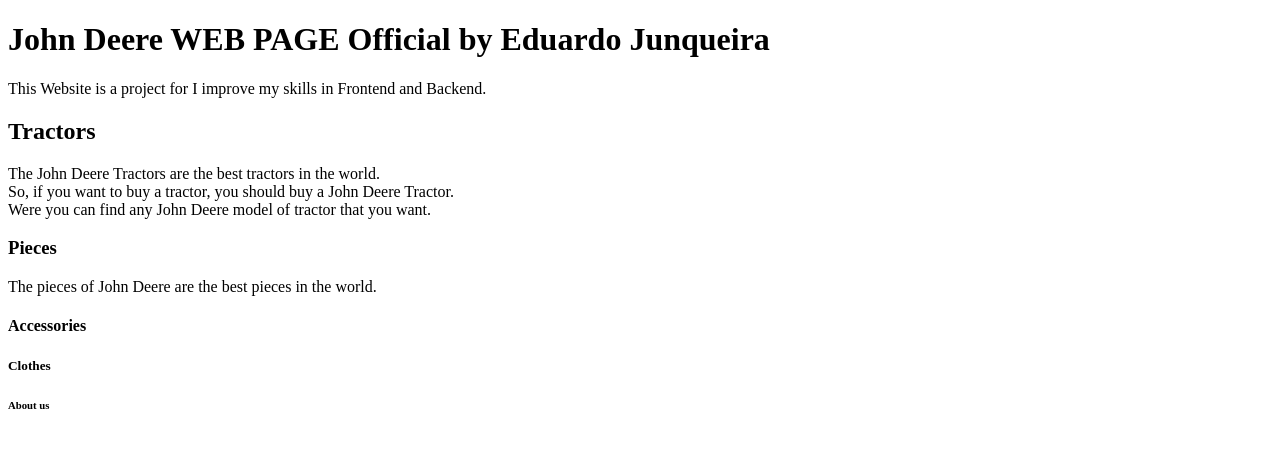
Repository: EduardoJunqueira2004/WEBJohnDeere
Page: index.html
The author's editor kept a copy of each file at every save. The page is drawn from the files as they stood at one save, then again after a run of saves.
The browser window is 1280 px wide. The pictures show the whole page.

Above is the page before, as saved 2024-12-05 11:00:36.

After the next 2 saves:
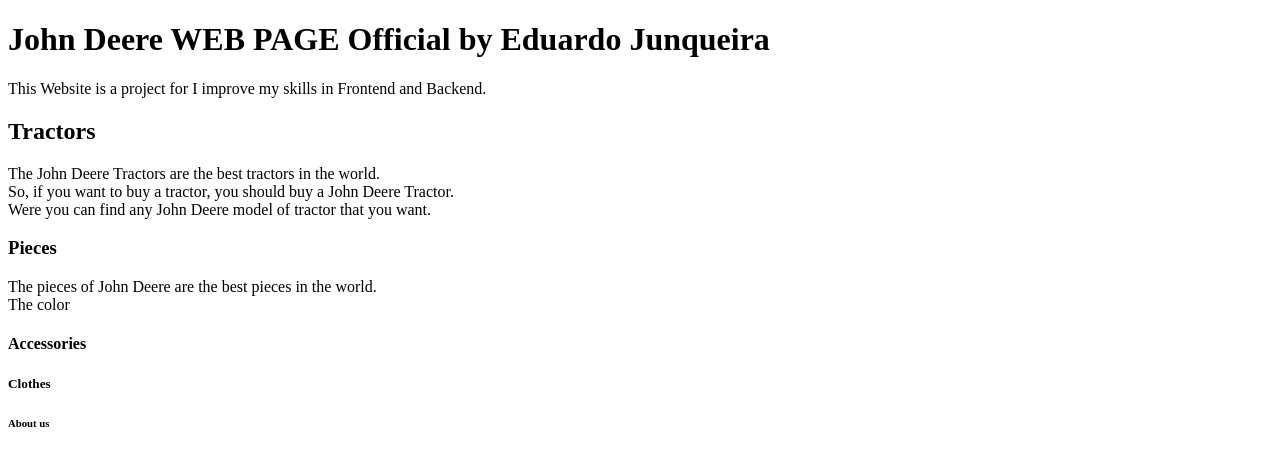
The 2 saves are shown as one change because they came seconds apart.
The last was saved 6 s later.
--- a/index.html
+++ b/index.html
@@ -22,7 +22,7 @@
     <h3>Pieces</h3>
     <p>
         The pieces of John Deere are the best pieces in the world.<br>
-
+        The color
     </p>
     <!--heder4-->
     <h4>Accessories</h4>
